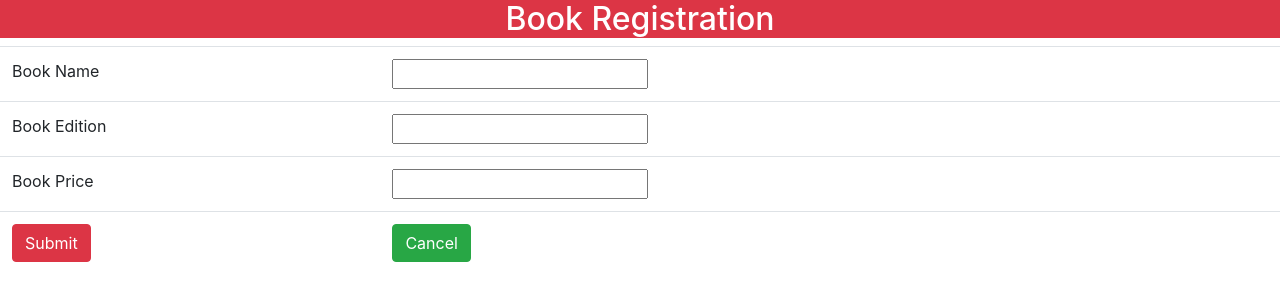
Repository: meriam0000/servlet
Page: BookWebApp/src/main/webapp/Home.html
These files come from the project's save history. The page is drawn as it stood at one moment and after the next save; the edit follows.
The browser window is 1280 px wide. The pictures show the whole page.

Above is the page before, as saved 2024-02-12 20:34:49.

### BookWebApp/src/main/webapp/Home.html
<!DOCTYPE html>
<html>
<head>
<meta charset="UTF-8">
<title>Book Registration</title>
<link rel="stylesheet"  href="css/bootstrap.css ">
</head>
<body class="container-fluid-card"style="40rem" >
<h2 class="bg-danger text-white text-center">Book Registration </h2>
<form action="register" method="post" >
<table class="table table-hover" >
<tr>
<td>
Book Name

</td>
<td>
<input type="text" name="bookName">
</td>
</tr>
<tr>
<td>
Book Edition
</td>
<td>
<input type="text" name="bookEdition">
</td>
</tr>

<tr>
<td>
Book Price
</td>
<td>
<input type="text" name="bookPrice">
</td>
</tr>

<tr>
<td><button type ="submit"  class="btn btn-danger"> Submit</button></td>
<td><button type="reset" class="btn btn-success" > Cancel</button></td>
</tr>

</table>


</form>
</body>
</html>

Loaded but not shown: BookWebApp/src/main/webapp/css/bootstrap.css (library)

After the next save:
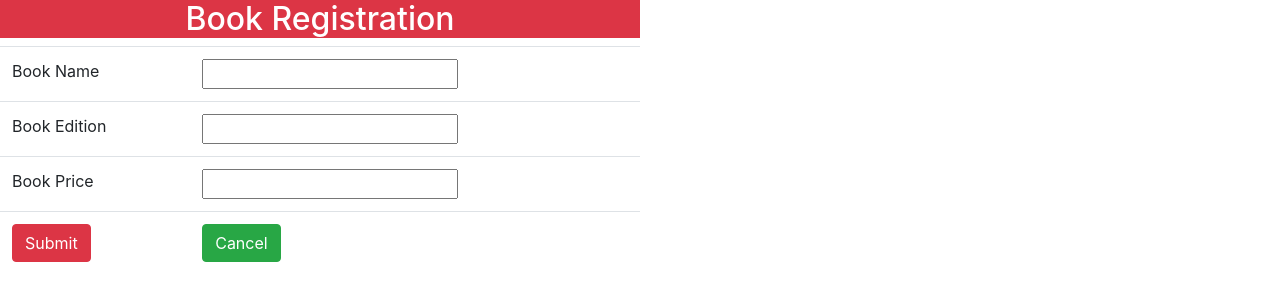
Saved 23 s later.
--- a/BookWebApp/src/main/webapp/Home.html
+++ b/BookWebApp/src/main/webapp/Home.html
@@ -5,7 +5,7 @@
 <title>Book Registration</title>
 <link rel="stylesheet"  href="css/bootstrap.css ">
 </head>
-<body class="container-fluid-card"style="40rem" >
+<body class="container-fluid-card"style="width:40rem;" >
 <h2 class="bg-danger text-white text-center">Book Registration </h2>
 <form action="register" method="post" >
 <table class="table table-hover" >
